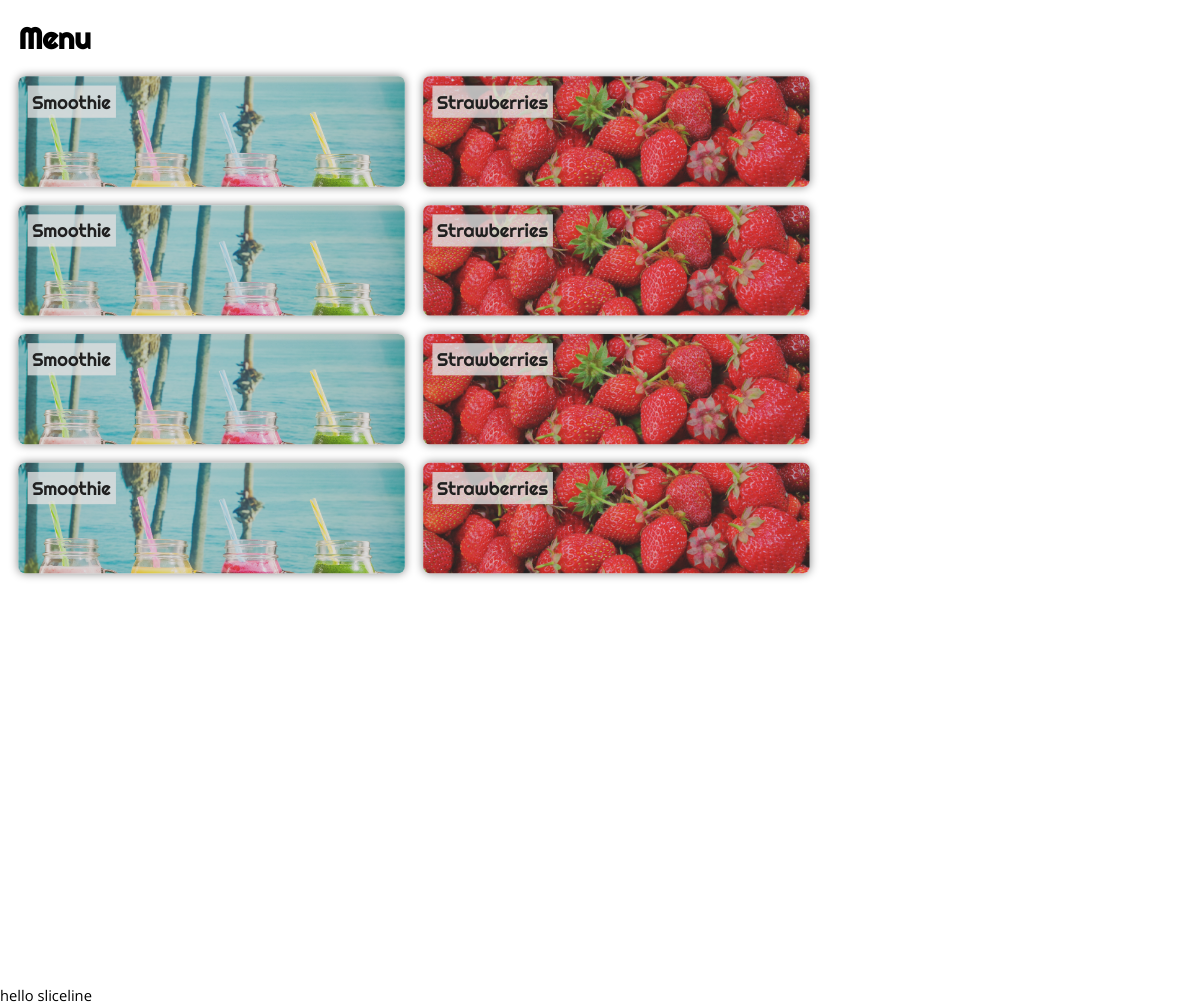
Repository: c0debase/LivingFoods
Page: /
An editor plug-in stored every save of this project. The page is shown before and after a run of saves, followed by the edit.
The browser window is 1280 px wide. The pictures show the part of the page from y = 200 to 1293 px (the page is 1293 px tall), at 92% of full size.
The project was rebuilt for these pictures with package versions that can differ from the ones it lists, and the page was loaded fresh each time.

Above is the page before, as saved 2021-09-19 16:03:39.

After the next 4 saves:
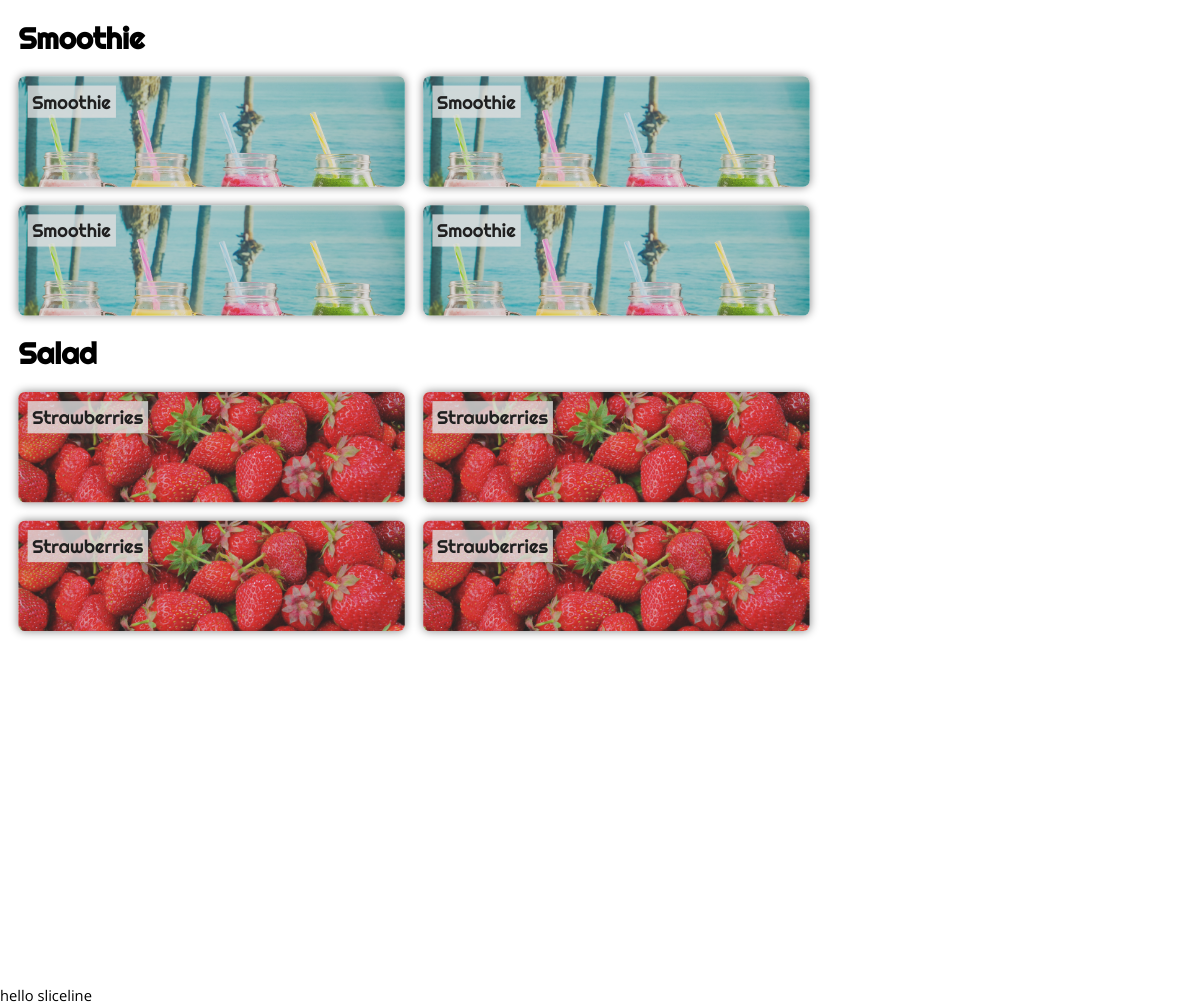
The 4 saves are shown as one change because 3 did not build or start.
The last was saved 7 min 51 s later.
--- a/src/Menu/Menu.js
+++ b/src/Menu/Menu.js
@@ -9,12 +9,20 @@ const MenuStyled = styled.div`
 `;
 
 export function Menu() {
-  return <MenuStyled>
-  <h1>Menu</h1>
-  <FoodGrid>
-    {foods.map((food, index) => (
-      <Food img={food.img}><FoodLabel>{food.name}</FoodLabel></Food>
+  return (
+  <MenuStyled>
+    {Object.entries(foods).map(([sectionName, foods]) => (
+      <>
+        <h1>{sectionName}</h1>
+        <FoodGrid>
+          {foods.map(food => (
+            <Food img={food.img}>
+              <FoodLabel>{food.name}</FoodLabel>
+            </Food>
+          ))}
+        </FoodGrid>
+      </>
     ))}
-    </FoodGrid>
   </MenuStyled>
+  );
 }
--- a/src/Data/FoodData.js
+++ b/src/Data/FoodData.js
@@ -1,4 +1,4 @@
-export const foods = [
+export const foodItems = [
   {
     name: 'Smoothie',
     img: '/img/smoothies.jpg',
@@ -41,3 +41,11 @@ export const foods = [
   },
 
 ];
+
+export const foods = foodItems.reduce((res, food) => {
+  if (!res[food.section]){
+    res[food.section] = [];
+  }
+  res[food.section].push(food);
+  return res;
+}, {})
